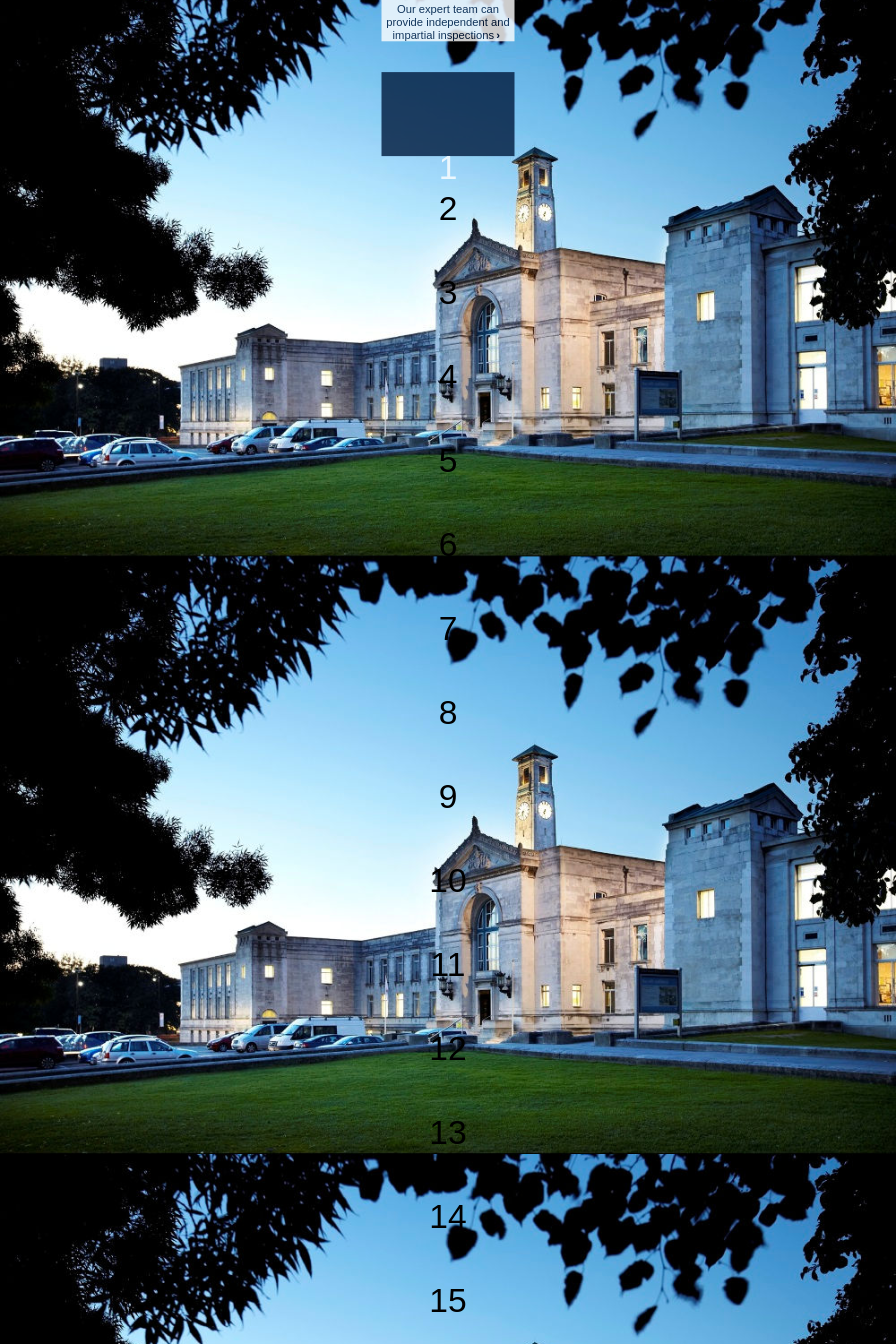
Repository: Domehead123/advent
Page: index.html
The author's editor kept a record of every edit. The page is drawn from the files as they stood at one moment, then again after the next edit.
The browser window is 1280 px wide. The pictures show the part of the page from y = 0 to 1920 px (the page is 2998 px tall), at 70% of full size.

Above is the page before.

After the next edit:
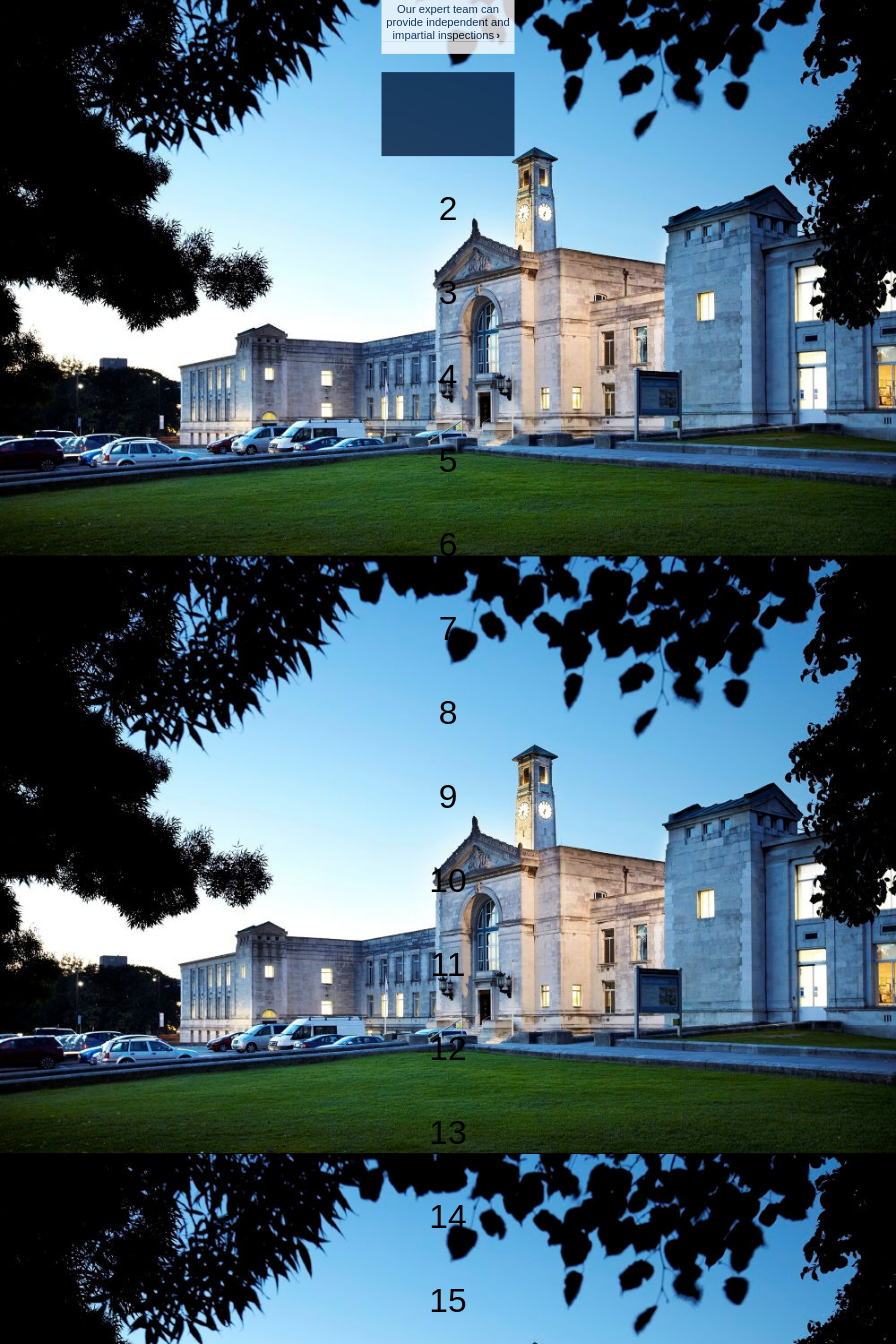
The edit:
--- a/index.html
+++ b/index.html
@@ -13,9 +13,8 @@
 
         <div class="window-open"><a href="https://www.southampton.gov.uk/roads-parking/highway/mot/"></span><span class="window-header">MOT service</span>
         <span class="abstract">Our expert team can provide independent and impartial inspections</span><span class="day">1</span></a></div>
-        <div class="window-closed">1</div>
+        <div class="window-open">1</div>
         </div>
-
         <div class="window-closed">2</div>
         <div class="window-closed">3</div>
         <div class="window-closed">4</div>
